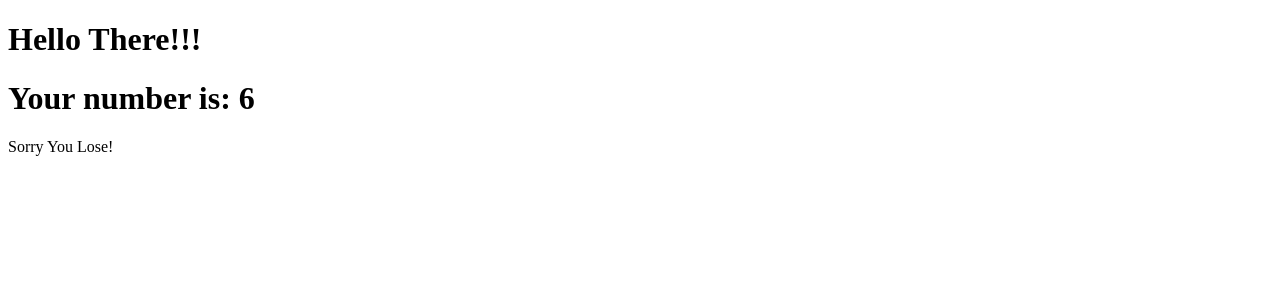
Repository: Zichi90123/ReactTraining
Page: 04_Create_React_App/fruit-exercise/ReactTraining/03_Props/01_Hello_Props/index.html
These files come from the project's save history. The page is drawn as it stood at one moment and after the next save; the edit follows.
The browser window is 1280 px wide. The pictures show the whole page.

Above is the page before, as saved 2019-12-11 19:33:06.

After the next save:
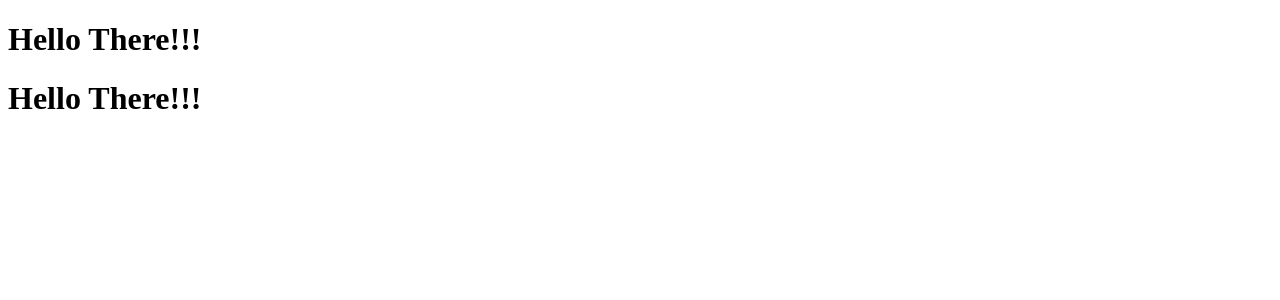
Saved 85 s later.
--- a/04_Create_React_App/fruit-exercise/ReactTraining/03_Props/01_Hello_Props/index.js
+++ b/04_Create_React_App/fruit-exercise/ReactTraining/03_Props/01_Hello_Props/index.js
@@ -3,8 +3,8 @@
   render() {
     return (
       <div>
-        <Hello />
-        <NumPicker />
+        <Hello  to="Ringo" from="Paul" />
+        <Hello  to="Cher" from="Sonny" />
       </div>
     )
   }
